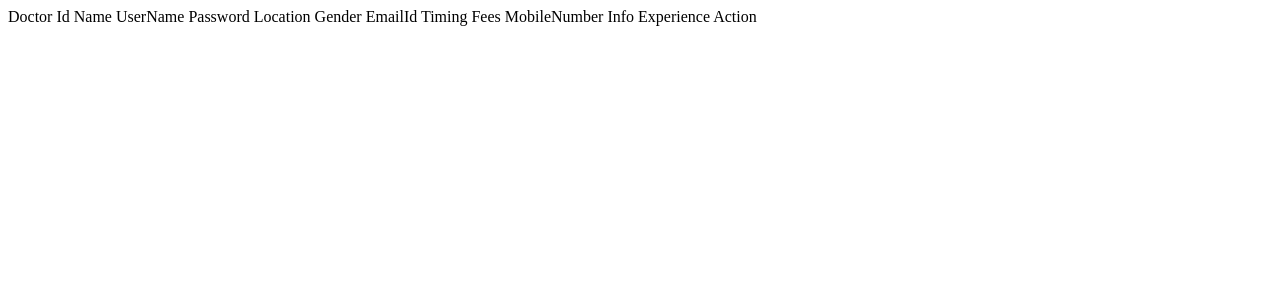
Repository: Hanish2/Springboot
Page: http://localhost/digi-page/posts.jsp
An editor plug-in stored every save of this project. The page is shown before and after the next save, followed by the edit.
The browser window is 1280 px wide. The pictures show the whole page.
The page is served by Tomcat 9. Other server files are loaded and not shown.

Above is the page before, as saved 2022-10-26 11:29:06.

### socialmediapage/digi-page/src/main/webapp/posts.jsp
<%@ page language="java" contentType="text/html; charset=ISO-8859-1"
    pageEncoding="ISO-8859-1"%>

    <%@ taglib uri="http://java.sun.com/jsp/jstl/core" prefix="c" %>
<!DOCTYPE html>
<html>
<head>
<meta charset="ISO-8859-1">
<title>Insert title here</title>
</head>
<body>
<thead>
<tr>
<th >Doctor Id</th>
<th>Name</th>
<th>UserName</th>



<th>Password</th>
<th>Location</th>
<th>Gender</th>
<th>EmailId</th>
<th>Timing</th>
<th>Fees</th>
<th>MobileNumber</th>
<th>Info</th>
<th>Experience</th>
<th>Action</th>



</tr>
</thead>
<tbody>





<c:forEach items="${result}" var="x">
  <tr>
    <td>${x.post_id}</td>
    <td>${x.user_id}</td>
   <td>${x.image_url}</td>
   <td>${x.description}</td>
    <td>${x.likes}</td>
    <td>${x.time_stamp}</td>
    <td>${x.emailid}</td>

    <td>${x.timing}</td>
    <td>${x.fees}</td>
    <td>${x.mobilenumber}</td>

    <td>${x.info}</td>
      <td>${x.experience}</td>

      <td>
      <form action="deletedoctor">
      <input type="submit" value="Delete">
      </form>
      </td>

       <td>
      <form action="updatedoctor">
      <input type="submit" value="Update">
      </form>
      </td>


</c:forEach>






</tbody>
</table>



</body>
</html>

After the next save:
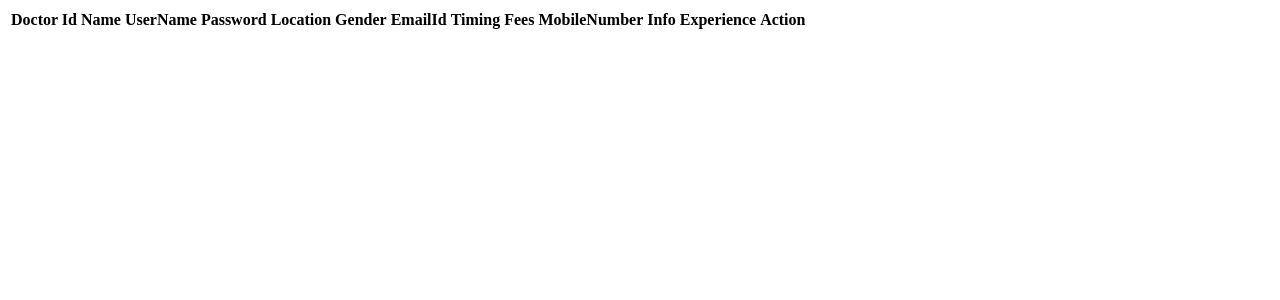
Saved 75 s later.
--- a/socialmediapage/digi-page/src/main/webapp/posts.jsp
+++ b/socialmediapage/digi-page/src/main/webapp/posts.jsp
@@ -9,6 +9,7 @@
 <title>Insert title here</title>
 </head>
 <body>
+<table>
 <thead>
 <tr>
 <th >Doctor Id</th>
@@ -46,35 +47,7 @@
    <td>${x.description}</td>
     <td>${x.likes}</td>
     <td>${x.time_stamp}</td>
-    <td>${x.emailid}</td>
-
-    <td>${x.timing}</td>
-    <td>${x.fees}</td>
-    <td>${x.mobilenumber}</td>
-
-    <td>${x.info}</td>
-      <td>${x.experience}</td>
-
-      <td>
-      <form action="deletedoctor">
-      <input type="submit" value="Delete">
-      </form>
-      </td>
-
-       <td>
-      <form action="updatedoctor">
-      <input type="submit" value="Update">
-      </form>
-      </td>
-
-
 </c:forEach>
-
-
-
-
-
-
 </tbody>
 </table>
 
